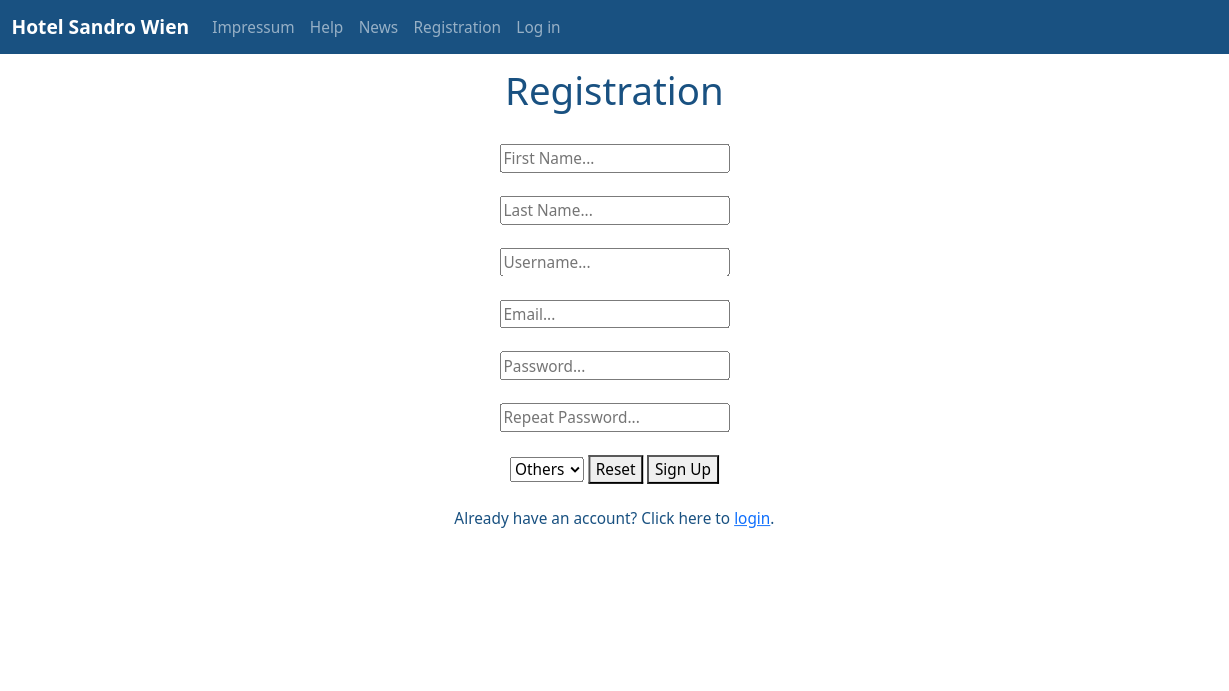
Repository: TIS0N/Hotel_Sandro
Page: http://localhost/pages/registration.php
An editor plug-in stored every save of this project. The page is shown before and after the next save, followed by the edit.
The browser window is 1280 px wide. The pictures show the whole page, at 96% of full size.
The page is run by PHP 8.4 with error messages shown; the project is at /var/www/html/.

Above is the page before, as saved 2023-01-15 22:32:28.

After the next save:
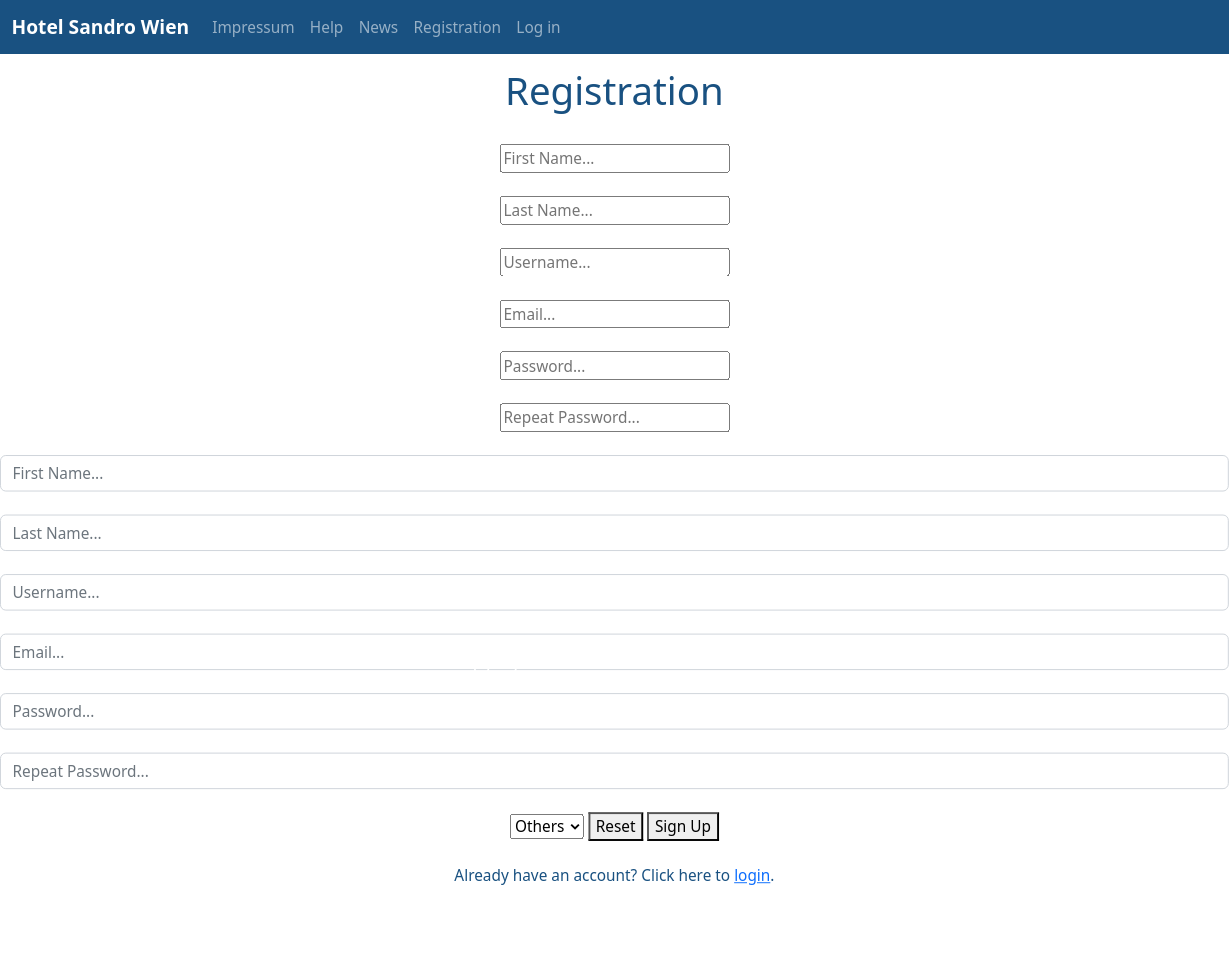
Saved 2 min 47 s later.
--- a/pages/registration.php
+++ b/pages/registration.php
@@ -199,6 +199,14 @@ ________________________________________________________________________________
                 <input type="email" name="email" placeholder="Email..."><br><br>
                 <input type="password" name="pwd" placeholder="Password..."><br><br>
                 <input type="password" name="password2" placeholder="Repeat Password..."><br><br>
+
+                <input type="text" class="form-control" name="fname" placeholder="First Name..."></br>
+                <input type="text" class="form-control" name="lname" placeholder="Last Name..."></br>
+                <input type="text" class="form-control" name="usersUid" placeholder="Username..."></br>
+                <input type="email" class="form-control" name="email" placeholder="Email..."></br>
+                <input type="password" class="form-control" name="pwd" placeholder="Password..."></br>
+                <input type="password" class="form-control" name="password2" placeholder="Repeat Password..."></br>
+
                 <select name="gender">
                     <option value="others">Others</option>
                     <option value="male">Male</option>
